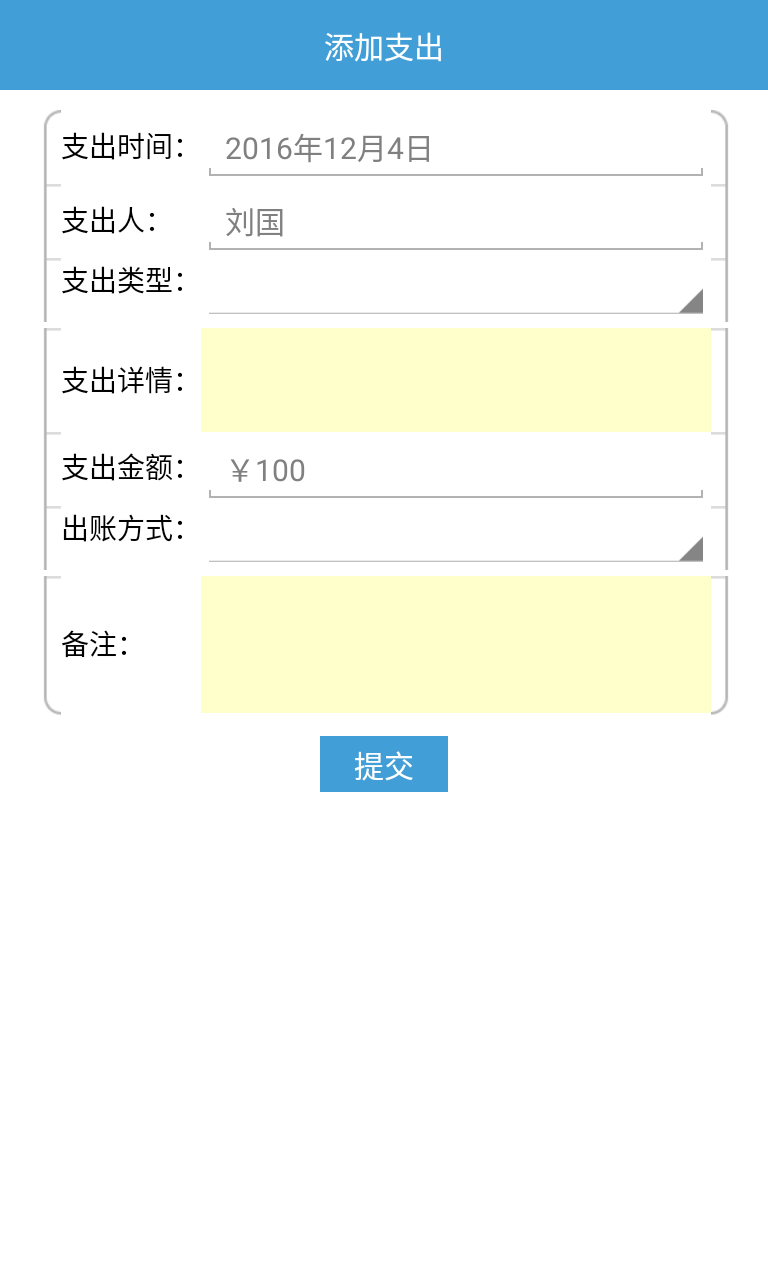
Repository: MySixGad/MyBill
Layout: Bill/Bill/res/layout/activity_inset_out_rmb.xml
These files come from the project's save history. The layout is drawn as it stood at one moment and after the next save; the edit follows.
It is drawn on a 768 x 1280 px phone screen (xhdpi) without system bars, with theme AppTheme; the app's code is not run.

Above is the layout before, as saved 2016-12-10 05:10:08.

### Bill/Bill/res/layout/activity_inset_out_rmb.xml
<LinearLayout xmlns:android="http://schemas.android.com/apk/res/android"
    xmlns:tools="http://schemas.android.com/tools"
    android:layout_width="match_parent"
    android:layout_height="match_parent"
    android:orientation="vertical"
    tools:context=".Inset_inRMBActivity" >

    <TextView
        android:id="@+id/textView1"
        style="@style/Title_1"
        android:text="添加支出" />

    <LinearLayout

        android:layout_width="match_parent"
        android:layout_height="wrap_content"
        android:layout_marginLeft="10dp"
        android:layout_marginRight="10dp"
        android:layout_marginTop="10dp"
        android:orientation="vertical" >

        <LinearLayout
            android:layout_marginLeft="2dp"
            android:background="@drawable/first_normal"
            android:layout_width="match_parent"
            android:layout_height="wrap_content"
            android:orientation="horizontal" >

            <TextView
                android:id="@+id/textView2"
                android:layout_width="70dp"
                android:layout_height="wrap_content"
                android:text="支出时间："
                android:textColor="#000" />

            <EditText
                android:id="@+id/pay_date"
                android:layout_width="match_parent"
                android:layout_height="wrap_content"
                android:ems="10"
                android:hint="2016年12月4日"
                android:inputType="textMultiLine"
                android:textColor="#000"
                android:textSize="15dp" >
            </EditText>
        </LinearLayout>

        <!-- 第二行 -->

        <LinearLayout
              android:background="@drawable/middle_normal"
            android:layout_width="match_parent"
            android:layout_height="wrap_content"
            android:layout_marginLeft="2dp"
            android:orientation="horizontal" >

            <TextView
                android:id="@+id/textView2"
                android:layout_width="70dp"
                android:layout_height="wrap_content"
                android:text="支出人："
                android:textColor="#000" />

            <EditText
                android:id="@+id/pay_person"
                android:layout_width="match_parent"
                android:layout_height="wrap_content"
                android:ems="10"
                android:hint="刘国"
                android:inputType="textMultiLine"
                android:textColor="#000"
                android:textSize="15dp" >
            </EditText>
        </LinearLayout>

        <LinearLayout
              android:background="@drawable/middle_normal"
            android:layout_width="match_parent"
            android:layout_height="wrap_content"
            android:layout_marginLeft="2dp"
            android:orientation="horizontal" >

            <TextView
                android:id="@+id/textView2"
                android:layout_width="wrap_content"
                android:layout_height="wrap_content"
                android:gravity="center"
                android:text="支出类型："
                android:textColor="#000" />

            <Spinner
                android:id="@+id/in_sos"
                android:layout_width="match_parent"
                android:layout_height="wrap_content"
                android:gravity="center" />
        </LinearLayout>

        <LinearLayout
              android:background="@drawable/middle_normal"
            android:layout_width="match_parent"
            android:layout_height="wrap_content"
            android:layout_marginLeft="2dp"
                        android:layout_marginTop="3dp"
            android:orientation="horizontal" >

            <TextView
                android:id="@+id/textView2"
                android:layout_width="70dp"
                android:layout_height="wrap_content"
                android:text="支出详情："
                android:textColor="#000" />

            <EditText
                android:id="@+id/pay_detail"
                android:layout_width="match_parent"
                android:layout_height="wrap_content"
                android:background="#ffffcc"
                android:inputType="textMultiLine"
                android:maxLines="10"
                android:minLines="3"
                android:scrollbars="vertical"
                android:textColor="#000"
                android:textSize="14dp" />
        </LinearLayout>

        <LinearLayout
              android:background="@drawable/middle_normal"
            android:layout_width="match_parent"
            android:layout_height="wrap_content"
            android:layout_marginLeft="2dp"
            android:orientation="horizontal" >

            <TextView
                android:id="@+id/textView2"
                android:layout_width="70dp"
                android:layout_height="wrap_content"
                android:text="支出金额："
                android:textColor="#000" />

            <EditText
                android:id="@+id/pay_rmb"
                android:layout_width="match_parent"
                android:layout_height="wrap_content"
                android:gravity="left"
                android:hint="￥100"
                android:inputType="textMultiLine"
                android:textColor="#000"
                android:textSize="15dp" />
        </LinearLayout>

        <LinearLayout
              android:background="@drawable/middle_normal"
            android:layout_width="match_parent"
            android:layout_height="wrap_content"
            android:layout_marginLeft="2dp"
            android:orientation="horizontal" >

            <TextView
                android:id="@+id/textView2"
                android:layout_width="wrap_content"
                android:layout_height="wrap_content"
                android:gravity="center"
                android:text="出账方式："
                android:textColor="#000" />

            <Spinner
                android:id="@+id/in_way"
                android:layout_width="match_parent"
                android:layout_height="wrap_content"
                android:gravity="center" />
        </LinearLayout>

        <LinearLayout
              android:background="@drawable/last_normal"
            android:layout_width="match_parent"
            android:layout_height="wrap_content"
            android:layout_marginLeft="2dp"
                        android:layout_marginTop="3dp"
            android:orientation="horizontal" >

            <TextView
                android:id="@+id/textView2"
                android:layout_width="70dp"
                android:layout_height="wrap_content"
                android:text="备注："
                android:textColor="#000" />

            <EditText
                android:id="@+id/other"
                android:layout_width="match_parent"
                android:layout_height="wrap_content"
                android:background="#ffffcc"
                android:inputType="textMultiLine"
                android:maxLines="10"
                android:minLines="4"
                android:scrollbars="vertical"
                android:textColor="#000"
                android:textSize="14dp" />
        </LinearLayout>
    </LinearLayout>

    <Button
        android:id="@+id/pay_commit"
        style="@style/Title_1"
        android:onClick="pay_commit"
        android:layout_width="wrap_content"
        android:layout_height="28dp"
        android:layout_gravity="center"
        android:layout_marginTop="10dp"
        android:text="提交" />

</LinearLayout>

### Bill/Bill/res/values/styles.xml
<resources>

    <style name="AppBaseTheme" parent="android:Theme.Light"></style>

    <style name="AppTheme" parent="AppBaseTheme"></style>

    <style name="Title_1">
        <item name="android:gravity">center</item>
        <item name="android:textColor">#fff</item>
        <item name="android:textSize">15sp</item>
        <item name="android:layout_width">match_parent</item>
        <item name="android:layout_height">45dp</item>
        <item name="android:background">#429ED6</item>
    </style>

     <style name="Button_1">
        <item name="android:textColor">#fff</item>
        <item name="android:textSize">12sp</item>
        <item name="android:background">#429ED6</item>
    </style>


       <!-- 覆盖系统的 -->
    <!-- 归属地风格dialog的样式 -->
    <style name="addrdialog" parent="@android:style/Theme.Dialog">
        <item name="android:windowNoTitle">true</item>
        <!-- 去标题栏 -->
        <item name="android:windowBackground">@android:color/white</item>
    </style>




</resources>

Loaded but not shown: Bill/Bill/res/values-v11/styles.xml (common file); Bill/Bill/res/values-v14/styles.xml (common file)

After the next save:
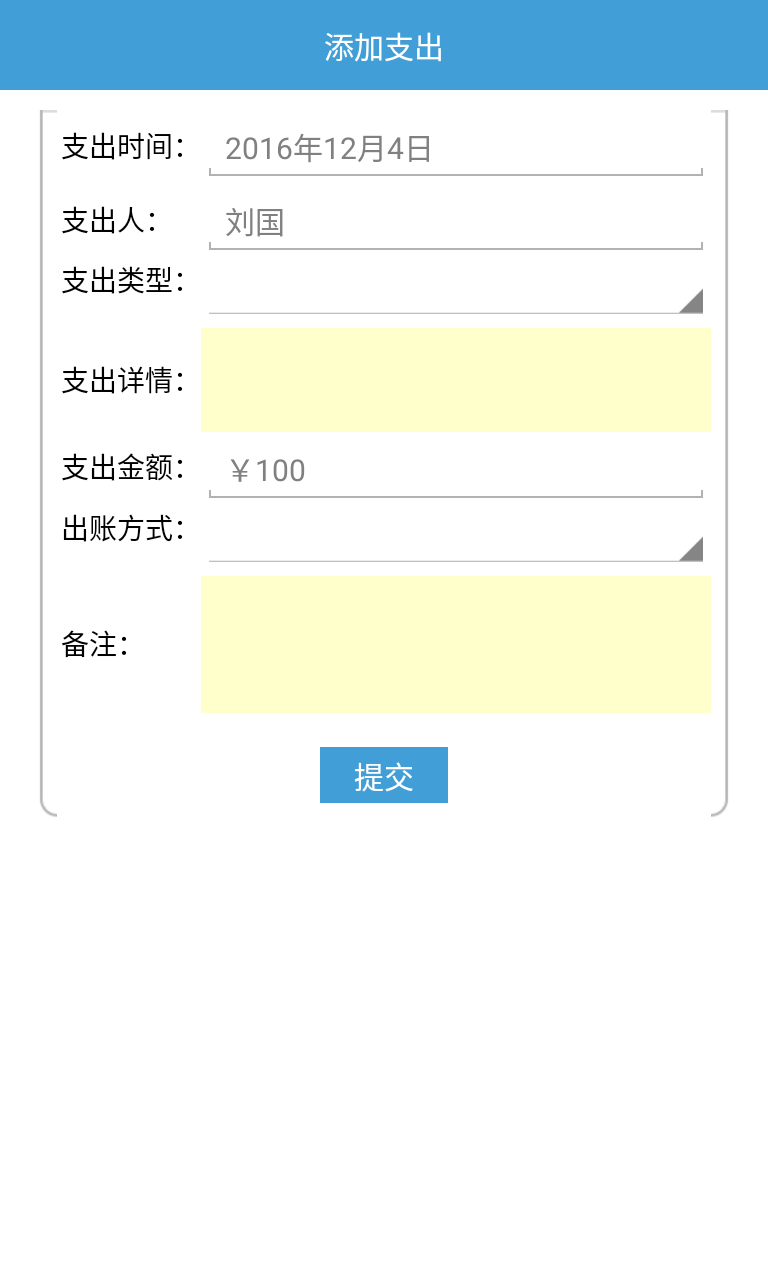
Saved 23 min 40 s later.
--- a/Bill/Bill/res/layout/activity_inset_out_rmb.xml
+++ b/Bill/Bill/res/layout/activity_inset_out_rmb.xml
@@ -11,19 +11,18 @@
         android:text="添加支出" />
 
     <LinearLayout
-
         android:layout_width="match_parent"
         android:layout_height="wrap_content"
         android:layout_marginLeft="10dp"
         android:layout_marginRight="10dp"
         android:layout_marginTop="10dp"
+        android:background="@drawable/last_normal"
         android:orientation="vertical" >
 
         <LinearLayout
-            android:layout_marginLeft="2dp"
-            android:background="@drawable/first_normal"
-            android:layout_width="match_parent"
-            android:layout_height="wrap_content"
+            android:layout_width="match_parent"
+            android:layout_height="wrap_content"
+            android:layout_marginLeft="2dp"
             android:orientation="horizontal" >
 
             <TextView
@@ -48,7 +47,6 @@
         <!-- 第二行 -->
 
         <LinearLayout
-              android:background="@drawable/middle_normal"
             android:layout_width="match_parent"
             android:layout_height="wrap_content"
             android:layout_marginLeft="2dp"
@@ -74,7 +72,6 @@
         </LinearLayout>
 
         <LinearLayout
-              android:background="@drawable/middle_normal"
             android:layout_width="match_parent"
             android:layout_height="wrap_content"
             android:layout_marginLeft="2dp"
@@ -96,11 +93,10 @@
         </LinearLayout>
 
         <LinearLayout
-              android:background="@drawable/middle_normal"
-            android:layout_width="match_parent"
-            android:layout_height="wrap_content"
-            android:layout_marginLeft="2dp"
-                        android:layout_marginTop="3dp"
+            android:layout_width="match_parent"
+            android:layout_height="wrap_content"
+            android:layout_marginLeft="2dp"
+            android:layout_marginTop="3dp"
             android:orientation="horizontal" >
 
             <TextView
@@ -124,7 +120,6 @@
         </LinearLayout>
 
         <LinearLayout
-              android:background="@drawable/middle_normal"
             android:layout_width="match_parent"
             android:layout_height="wrap_content"
             android:layout_marginLeft="2dp"
@@ -149,7 +144,6 @@
         </LinearLayout>
 
         <LinearLayout
-              android:background="@drawable/middle_normal"
             android:layout_width="match_parent"
             android:layout_height="wrap_content"
             android:layout_marginLeft="2dp"
@@ -171,11 +165,10 @@
         </LinearLayout>
 
         <LinearLayout
-              android:background="@drawable/last_normal"
-            android:layout_width="match_parent"
-            android:layout_height="wrap_content"
-            android:layout_marginLeft="2dp"
-                        android:layout_marginTop="3dp"
+            android:layout_width="match_parent"
+            android:layout_height="wrap_content"
+            android:layout_marginLeft="2dp"
+            android:layout_marginTop="3dp"
             android:orientation="horizontal" >
 
             <TextView
@@ -197,16 +190,24 @@
                 android:textColor="#000"
                 android:textSize="14dp" />
         </LinearLayout>
+
+
+
+        <Button
+            android:id="@+id/pay_commit"
+            style="@style/Title_1"
+            android:layout_gravity="center"
+            android:layout_marginTop="17dp"
+            android:layout_width="wrap_content"
+            android:layout_height="28dp"
+            android:layout_marginBottom="6dp"
+            android:onClick="pay_commit"
+            android:text="提交" />
+
+
+
     </LinearLayout>
 
-    <Button
-        android:id="@+id/pay_commit"
-        style="@style/Title_1"
-        android:onClick="pay_commit"
-        android:layout_width="wrap_content"
-        android:layout_height="28dp"
-        android:layout_gravity="center"
-        android:layout_marginTop="10dp"
-        android:text="提交" />
+
 
 </LinearLayout>
